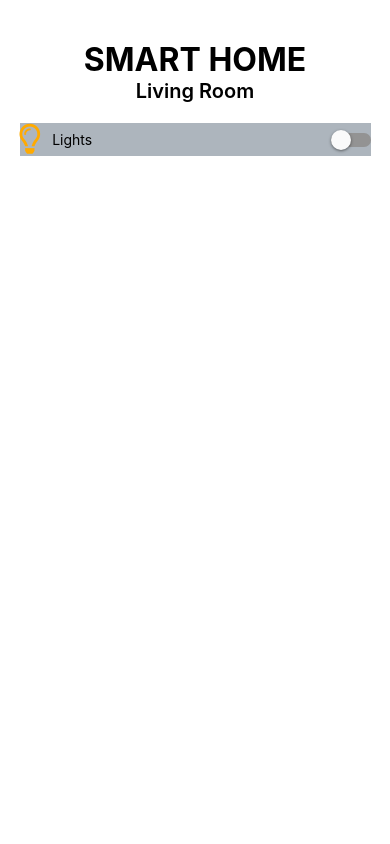
Repository: NQD2308/CNTT3
Screen: / (app in Week 5/home work/ListThietBi/)
These files come from the project's save history. The screen is drawn as it stood at one moment and after a run of saves; the edit follows.
The app was drawn by React Native's web renderer in a window 390 px wide. The project was rebuilt for these pictures with package versions that can differ from the ones it lists, and the page was loaded fresh each time.

Above is the screen before, as saved 2024-04-11 22:37:23.

After the next 3 saves:
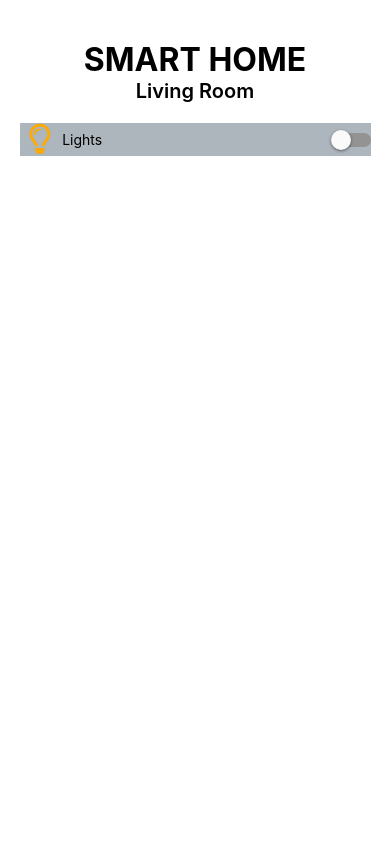
The 3 saves are shown as one change because 1 did not build or start and some came seconds apart.
The last was saved 15 s later.
--- a/Week 5/home work/ListThietBi/App.js
+++ b/Week 5/home work/ListThietBi/App.js
@@ -40,7 +40,9 @@ const styles = StyleSheet.create({
     backgroundColor: '#adb5bd',
     flexDirection: 'row',
     justifyContent: 'space-between',
-    alignItems: 'center'
+    alignItems: 'center',
+    paddingLeft: 10,
+
   },
   leftSide: {
     flexDirection: 'row',
